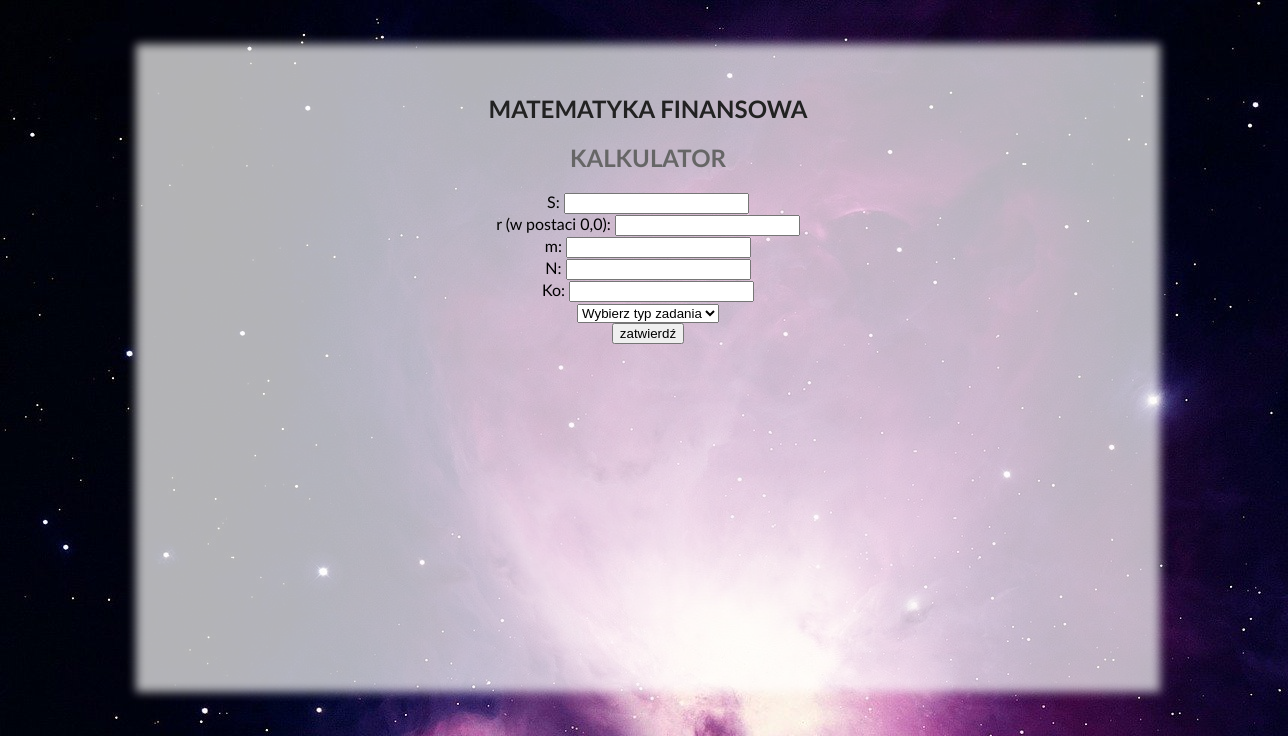
Repository: ravkita/MFCalc
Page: index.html
The author's editor kept a copy of each file at every save. The page is drawn from the files as they stood at one save, then again after the next save.
The browser window is 1280 px wide. The page is 1288 px wide, so the pictures cover 1288 px, including what lies to the right of the window. The pictures show the whole page.

Above is the page before, as saved 2021-04-12 19:33:14.

### index.html
<!DOCTYPE html>
<html lang="en">
<head>
    <meta charset="UTF-8">
    <meta http-equiv="X-UA-Compatible" content="IE=edge">
    <meta name="viewport" content="width=device-width, initial-scale=1.0">
    <title>Kalkulator</title>

    <style type="text/css">
        body{
            font-family: 'Gill Sans', 'Gill Sans MT', Calibri, 'Trebuchet MS', sans-serif;
            background-image: url('bg.jpg');
            width: 100vw;
            height: 100vh;
            overflow: hidden;
            display: flex;
            justify-content: center;
            align-items: center;
        }
        .popout{
            width: 80%;
            height: 90vh;
            position: relative;
        }
        .popout .bg{
            width: 100%;
            height: 100%;
            background: rgba(255, 255, 255, 0.7);
            filter: blur(5px);
            position: absolute;
            top: 0;
            left: 0;
            z-index: -1;
        }
        .header{
            width: 100%;
            display: flex;
            flex-direction: column;
            justify-content: center;
            align-items: center;
        }
        .title{
            color: #222;
            margin-top: 50px;
            margin-bottom: 10px;
        }
        .subtitle{
            margin-top: 10px;
            color: #666666;
        }

        #form{
            display: flex;
            flex-direction: column;
            justify-content: center;
            align-items: center;
        }
    </style>
</head>
<body>
    <section class="popout">
        <div class="bg"></div>
        <header class="header">
            <h1 class="title">MATEMATYKA FINANSOWA</h1>
        <h2 class="subtitle">KALKULATOR</h2>
        </header>
        <form action="" id="form">
            <div class="formItem"><label for="S">S:</label> <input type="number" name="S" class="s"></div>
            <div class="formItem"><label for="r">r (w postaci 0,0):</label> <input type="number" name="r" class="r"></div>
            <div class="formItem"><label for="m">m:</label> <input type="number" name="m" class="m"></div>
            <div class="formItem"><label for="N">N:</label> <input type="number" name="N" class="N"></div>
            <div class="formItem"><label for="Ko">Ko:</label> <input type="number" name="Ko" class="Ko"></div>
            <div class="formItem">
                <select name="type" id="typ">
                <option default>Wybierz typ zadania</option>
                <option value="1">zmienna rata</option>
                <option value="2">zmienne płatności</option>
                <option value="3">narastanie kapitału</option>
            </select>
        </div>
            <input type="button" name="confirm" id="confirm" value="zatwierdź">
        </form>
        <div class="result">

        </div>
    </section>
    <script type="text/javascript">
        let s;
        let r;
        let m;
        let N;
        let q;
        let a;
        let Ko;
        let Sn = [];

        // RATY


        function rataStała(){
            const el = document.createElement("p");
            let t = s/(m*N);
            el.innerText = `T: ${t}`;
            document.querySelector('.result').appendChild(el);
        }
        function rataZmienna(){
            let tn = [];
            let sumaTn = 0;
                for(let i = 1; i<=N*m; i++){
                    const el = document.createElement("p");
                    tn[i-1] = s*((Math.pow(q, i) - Math.pow(q, i-1))/(Math.pow(q, m*N) - 1));
                    sumaTn += tn[i-1];
                    el.innerText = `T${i}: ${tn[i-1]}`;
                    document.querySelector('.result').appendChild(el);
                }
                const suma = document.createElement("p");
            suma.innerText = `Suma rat: ${sumaTn}`;
            document.querySelector('.result').appendChild(suma);
        }

        //KWOTA PŁATNOŚCI

        function kwotaPlatnosciStala(){
            const el = document.createElement("p");
            a = s*Math.pow(q, m*N)*((q-1)/(Math.pow(q, m*N)-1));
            el.innerText = `A: ${a}`;
            document.querySelector('.result').appendChild(el);
        }
        function kwotaPlatnosciZmienna(){
            for(let i = 1; i<=N*m; i++){
                const el = document.createElement("p");
                let an = (s/(N*m))*[1+((N*m)-i+1)*(r/m)];
                el.innerText = `A${i}: ${an}`;
                document.querySelector('.result').appendChild(el);
            }
        }

        // ODSETKI
        function odsetkiPrzyStalejRacie(){
            let sumaOs = 0;
            for(let i = 1; i<=N*m; i++){
                const el = document.createElement("p");
                let On = s*[1-((i-1)/(N*m))]*(r/m);
                sumaOs += On;
                el.innerText = `O${i}: ${On}`;
                document.querySelector('.result').appendChild(el);
            }
            const suma = document.createElement("p");
            suma.innerText = `Suma odsetek: ${sumaOs}`;
            document.querySelector('.result').appendChild(suma);
        }

        function odsetkiPrzyStalejKwocie(){
            saldoPrzyStałejKwocie();
            let On
            let sumaO = 0;
            for(let i = 1; i<=N*m; i++){
                const el = document.createElement("p");
                if(i === 1){
                     On = s*(r/m);
                     sumaO += On;
                }else{
                     On = Sn[i-2]*(r/m);
                     sumaO += On;
                }

                el.innerText = `O${i}: ${On}`;
                document.querySelector('.result').appendChild(el);
            }
            const suma = document.createElement("p");
            suma.innerText = `Suma odsetek: ${sumaO}`;
            document.querySelector('.result').appendChild(suma);
        }


        //SALDO
        function saldoPrzyStałejKwocie(){
            kwotaPlatnosciStala();
            for(let i = 1; i<=N*m; i++){
                const el = document.createElement("p");
                Sn[i-1] = s*(Math.pow((1+(r/m)), i)) - a*((Math.pow((1+(r/m)), i)-1)/((1+(r/m))-1));
                el.innerText = `S${i}: ${Sn[i-1]}`;
                document.querySelector('.result').appendChild(el);
            }
        }

        function saldoPrzyStałejRacie(){
            for(let i = 1; i<=N*m; i++){
                const el = document.createElement("p");
                let SnS = s*(1-(i/(N*m)));
                el.innerText = `S${i}: ${SnS}`;
                document.querySelector('.result').appendChild(el);
            }
        }


        //NARASTANIE KAPITAŁU

        function narastanieKapitału(){
            for(let i = 1; i<=N; i++){
                const el = document.createElement("p");
                let Kn = Ko*(Math.pow((1+(r/m)), i*m));
                el.innerText = `K${i}: ${Kn}`;
                document.querySelector('.result').appendChild(el);
            }
        }



        function getData(){
            document.getElementById('confirm').addEventListener('click', (e) =>{
                s = document.querySelector('.s').value;
                r = document.querySelector('.r').value;
                m = document.querySelector('.m').value;
                N = document.querySelector('.N').value;
                Ko = document.querySelector('.Ko').value;
                q = 1+(r/m);
                let type = document.querySelector('#typ').value;
                document.querySelector('.result').innerHTML="";

                switch (type){
                    case "1":
                    rataZmienna();
                    kwotaPlatnosciStala();
                    odsetkiPrzyStalejKwocie()
                    break;
                    case "2":
                    rataStała();
                    kwotaPlatnosciZmienna();
                    odsetkiPrzyStalejRacie();
                    saldoPrzyStałejRacie();
                    break;
                    case "3":
                    narastanieKapitału();
                }
            });
        }
        getData();
    </script>
</body>
</html>

After the next save:
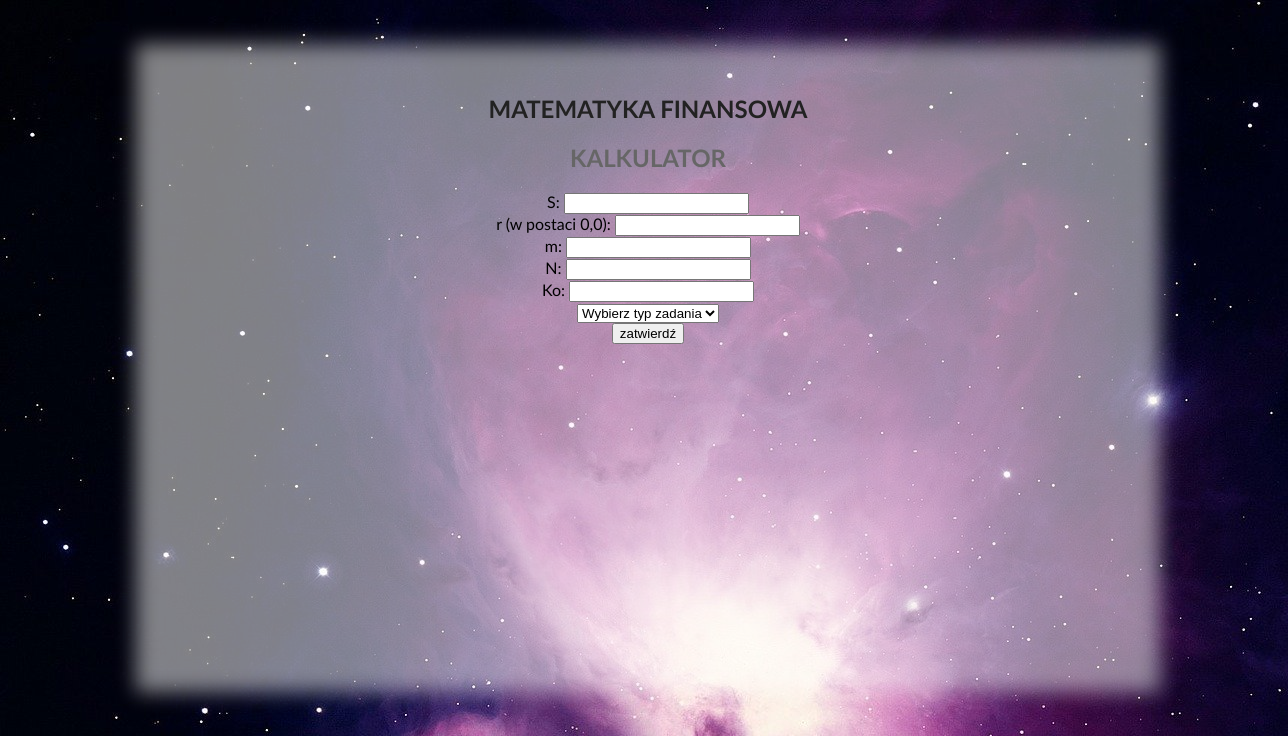
Saved 10 s later.
--- a/index.html
+++ b/index.html
@@ -25,8 +25,8 @@
         .popout .bg{
             width: 100%;
             height: 100%;
-            background: rgba(255, 255, 255, 0.7);
-            filter: blur(5px);
+            background: rgba(255, 255, 255, 0.5);
+            filter: blur(10px);
             position: absolute;
             top: 0;
             left: 0;
